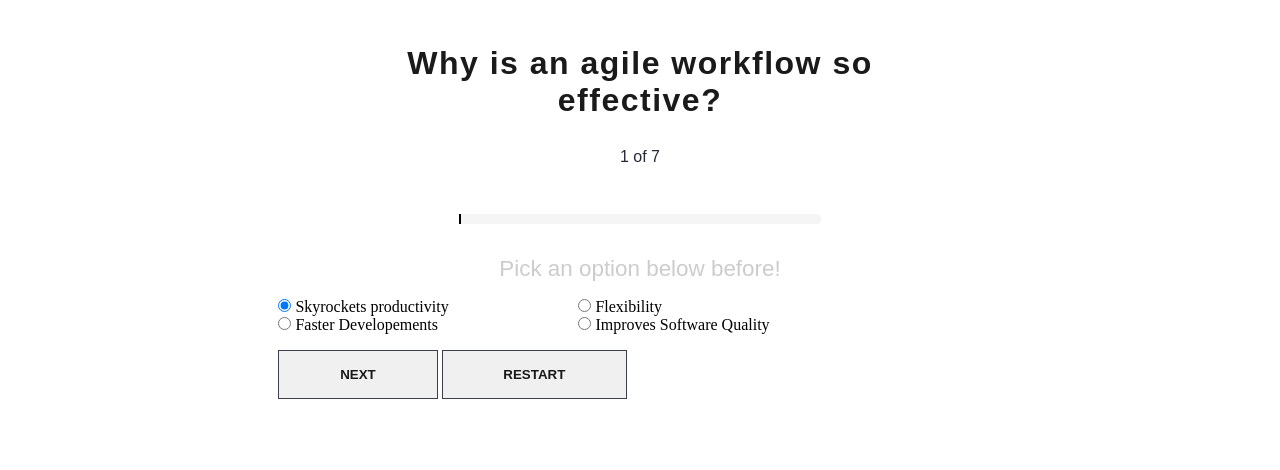
Repository: mukiSabljakovic/Quiz-APP
Page: index.html
An editor plug-in stored every save of this project. The page is shown before and after the next save, followed by the edit.
The browser window is 1280 px wide. The pictures show the whole page.
Some web fonts or font styles are not loaded; a fallback is used.

Above is the page before, as saved 2020-05-01 12:05:03.

### index.html
<!DOCTYPE html>
<html lang="en">
<head>
    <meta charset="UTF-8">
    <meta name="viewport" content="width=device-width, initial-scale=1.0">
    <title>Quiz</title>
    <link rel="stylesheet" href="css/style.css">
</head>
<body>
    <div class="app">
        <div class="container">
            <div class="jabquiz">

                <div class="jabquiz__question-box">
                    <h1 class="jabquiz__question">Why is an agile workflow so effective?</h1>
                    <p class="jabquiz__tracker">1 of 7</p>
                    <div class="progress">
                        <div class="progress__inner">

                        </div>
                    </div>
                    <p class="jabquiz__tagline">Pick an option below before!</p>
                </div>



                <div class="jabquiz__choices-box">
                    <ul class="jabquiz__choices">
                        <!-- dynamically with js -->
                        <li class="jabquiz__choice">
                            <input type="radio" name="choice" id="choice0" class="jabquiz__input" checked>
                            <label for="choice0" class="jabquiz__label">
                                <i></i>
                                Skyrockets productivity
                            </label>
                        </li>
                        <li class="jabquiz__choice">
                            <input type="radio" name="choice" id="choice0" class="jabquiz__input">
                            <label for="choice0" class="jabquiz__label">
                                <i></i>
                                Flexibility
                            </label>
                        </li>
                        <li class="jabquiz__choice">
                            <input type="radio" name="choice" id="choice0" class="jabquiz__input" >
                            <label for="choice0" class="jabquiz__label">
                                <i></i>
                                Faster Developements
                            </label>
                        </li>
                        <li class="jabquiz__choice">
                            <input type="radio" name="choice" id="choice0" class="jabquiz__input" >
                            <label for="choice0" class="jabquiz__label">
                                <i></i>
                                Improves Software Quality
                            </label>
                        </li>
                    </ul>
                </div>



                <div class="jabquiz__footer">
                    <button class="button button--bordered next">Next</button>
                    <button class="button button--bordered restart">Restart</button>
                </div>



            </div>
        </div>
    </div>
</body>
</html>

### css/style.css
@import url("https://fonts-googleapis.com/css?family=Raleway|PT+Serif:700");


:root {
    --main-font-color: #1a1a1a;
    --main-bg-color: white;
    --main-theme-color: rgb(243, 168, 47);
    --light-white: #f5f5f5;
    --light-gray: #ccc;
    --light-black: #282a39;
    --container-width: 768px;
    --font-body-stack: Raleway, Charcoal, sans-serif;
    --font-heading-stack: "PT Serif", sans-serif;

}

* {
 padding: 0;
 margin: 0;
 box-sizing: border-box;
}

.container {
    max-width: var(--container-width);
    margin-right: auto;
    margin-left: auto;
}

.button {
    padding: 1rem 3.8rem;
    text-transform: uppercase;
    border: 1px solid #eee;
    outline: 0;
    opacity: .9;
    font-weight: bold;
    transition: .3s all ease;
}

.button:hover {
    opacity: 1;
    background: var(--light-black);
    color: white;
}

.button.button--bordered {
    border: 1px solid var(--light-black);
}

.jabquiz {
    padding: 2rem 1.4rem;
}

.jabquiz__question-box {
    text-align: center;
}

.jabquiz__question {
    font-family: var(--font-heading-stack);
    font-weight: bold;
    letter-spacing: 1.5px;
    padding: 0.8rem 4rem;
    color: var(--main-font-color);
}

.jabquiz__tracker {
    font-family: var(--font-body-stack);
    color: var(--light-black);
    padding: 1rem;
}

.jabquiz__tagline {
    font-family: var(--font-body-stack);
    color: var(--light-gray);
    font-size: 1.4rem;
}

.progress {
    border-radius: 4px;
    margin: 2rem auto;
    width: 50%;
    background-color: var(--light-white);
}

.progress__inner {
    height: 10px;
    width: 0%;
    background-color: var(--main-theme-color);
    border-right: 2px solid black;
}

.jabquiz__choices-box {

}

.jabquiz__choices {
    list-style-type: none;
    margin: 1rem auto;
    display: flex;
    flex-wrap: wrap;
}

.jabquiz__choice {
    min-width: 300px;
    border-radius: 4px;
    display: block;
}

After the next save:
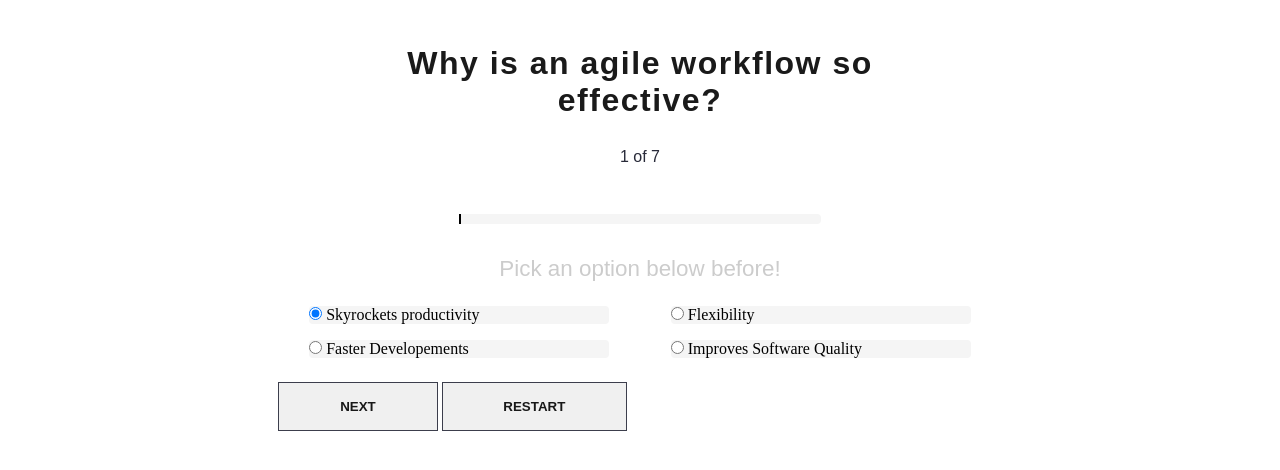
Saved 37 s later.
--- a/css/style.css
+++ b/css/style.css
@@ -103,4 +103,6 @@
     min-width: 300px;
     border-radius: 4px;
     display: block;
+    background: var(--light-white);
+    margin: .5rem auto;
 }
